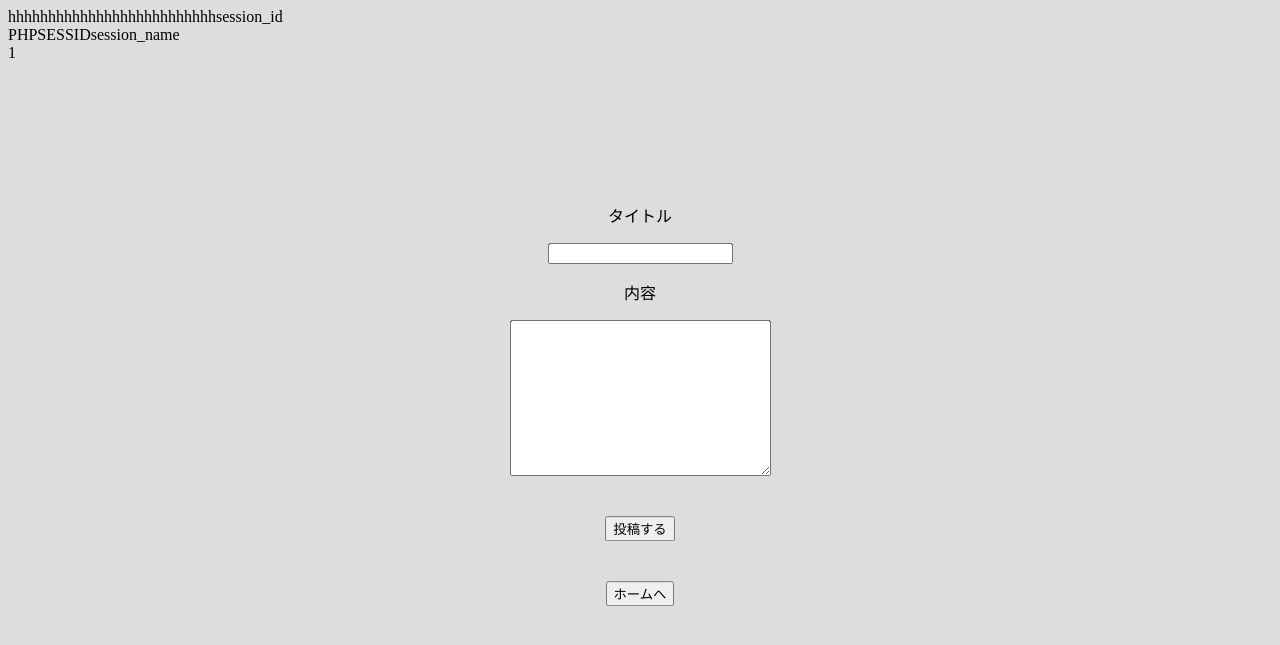
Repository: ryosuke-yamoto/BBS
Page: http://localhost/BBS_yamoto/View/Post/new_post.php
The author's editor kept a copy of each file at every save. The page is drawn from the files as they stood at one save, then again after the next save.
The browser window is 1280 px wide. The pictures show the whole page.
The page is run by PHP 8.4 with error messages shown; the project is at /var/www/html/. The session is filled in as if someone had signed in: {"user_id": 1}. Other server files are loaded and not shown.

Above is the page before, as saved 2020-05-20 18:18:35.

### View/Post/new_post.php
<?php
  session_start();

  echo session_id()."session_id<br/>\n";//セッションIDの確認

  echo session_name()."session_name<br/>\n";//セッション名の確認

  echo $_SESSION["user_id"]."<br/>\n";//セッションIDの確認

?>

<!DOCTYPE html>
<html lang="ja">
<head>
  <meta charset="UTF-8">
  <link rel="stylesheet" href="../css/newpost.css">
  <meta name="viewport" content="width=device-width, initial-scale=1.0">
  <meta http-equiv="X-UA-Compatible" content="ie=edge">
  <title>新規投稿</title>
</head>
<body>
  <div>
    <form action="../../Controller/new_post.controller.php" method="post">
      <p>タイトル</p>
      <input type="text" name="title">
      <p>内容</p>
      <textarea name="content" id="" cols="30" rows="10"></textarea>
      <button type="submit">投稿する</button>
      <button>ホームへ</button>
    </form>
  </div>
</body>
</html>

### View/css/newpost.css
body {
  background-color: #DDDDDD;
}

div {
  position: absolute;
  top: 50%;
  left: 50%;
  transform: translate(-50%, -60%);
  width: 50%;
  height: 40%;
  text-align: center;
}

button {
  margin: 40px auto 0 auto;
  display: block;
}

injput {
  width: 80%;
}

After the next save:
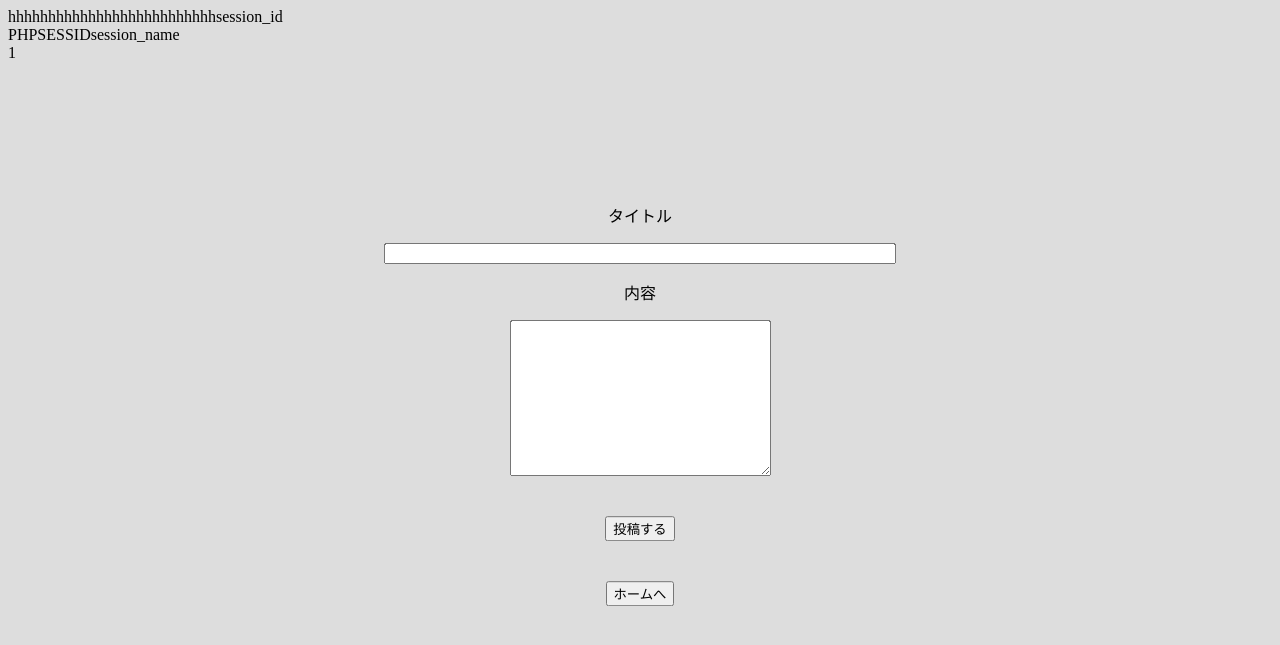
Saved 25 s later.
--- a/View/css/newpost.css
+++ b/View/css/newpost.css
@@ -17,6 +17,6 @@ button {
   display: block;
 }
 
-injput {
+input {
   width: 80%;
 }
